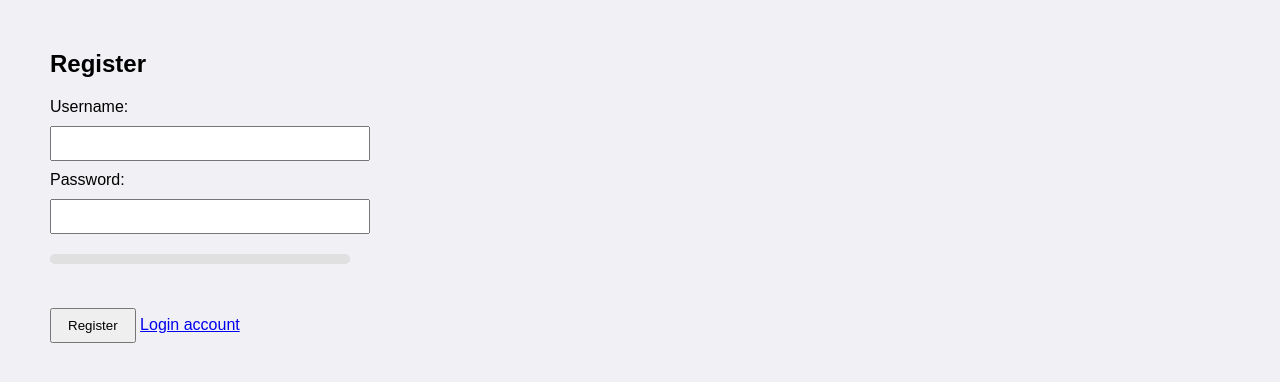
Repository: wolvicjohn/argon2
Page: http://localhost/register.php
An editor plug-in stored every save of this project. The page is shown before and after the next save, followed by the edit.
The browser window is 1280 px wide. The pictures show the whole page.
The page is run by PHP 8.4 with error messages shown; the project is at /var/www/html/.

Above is the page before, as saved 2024-10-18 02:03:26.

### register.php
<?php
// Database connection
$host = 'localhost';
$db = 'argon2_auth';
$user = 'root';  // or your DB username
$pass = '';      // or your DB password

$dsn = "mysql:host=$host;dbname=$db;charset=utf8mb4";
$options = [
    PDO::ATTR_ERRMODE => PDO::ERRMODE_EXCEPTION,
    PDO::ATTR_DEFAULT_FETCH_MODE => PDO::FETCH_ASSOC,
];

try {
    $pdo = new PDO($dsn, $user, $pass, $options);
} catch (PDOException $e) {
    die("Database connection failed: " . $e->getMessage());
}

if ($_SERVER['REQUEST_METHOD'] === 'POST') {
    $username = $_POST['username'];
    $password = $_POST['password'];

    // Check if the username is already taken
    $stmt = $pdo->prepare('SELECT id FROM users WHERE username = ?');
    $stmt->execute([$username]);
    if ($stmt->fetch()) {
        die('Username is already taken');
    }

    // Hash the password using Argon2
    $passwordHash = password_hash($password, PASSWORD_ARGON2ID);

    // Insert the new user into the database
    $stmt = $pdo->prepare('INSERT INTO users (username, password_hash) VALUES (?, ?)');
    $stmt->execute([$username, $passwordHash]);

    echo "User registered successfully!";
}
?>

<!DOCTYPE html>
<html lang="en">

<head>
    <meta charset="UTF-8">
    <title>Register</title>
    <style>
        /* Basic styling */
        body {
            font-family: Arial, sans-serif;
            margin: 50px;
            background-color: #f0f0f5;
        }

        input {
            margin: 10px 0;
            padding: 8px;
            width: 300px;
        }

        button {
            padding: 8px 16px;
            margin-top: 10px;
            cursor: pointer;
        }

        .password-strength {
            margin-top: 10px;
            height: 10px;
            width: 300px;
            background-color: #e0e0e0;
            border-radius: 5px;
            overflow: hidden;
        }

        .strength-bar {
            height: 100%;
            width: 0;
            transition: width 0.3s;
        }

        .strength-weak {
            background-color: red;
        }

        .strength-medium {
            background-color: orange;
        }

        .strength-strong {
            background-color: green;
        }
    </style>
</head>

<body>
    <h2>Register</h2>
    <form action="register.php" method="POST">
        <label for="username">Username:</label><br>
        <input type="text" name="username" id="username" required><br>

        <label for="password">Password:</label><br>
        <input type="password" name="password" id="password" required><br>

        <!-- Password Strength Meter -->
        <div class="password-strength">
            <div class="strength-bar" id="strength-bar"></div>
        </div>
        <p id="strength-text"></p><br>

        <button type="submit">Register</button>
        <a href="login.php" class="button">Login account</a>
    </form>

    <script>
        const passwordInput = document.getElementById('password');
        const strengthBar = document.getElementById('strength-bar');
        const strengthText = document.getElementById('strength-text');

        passwordInput.addEventListener('input', () => {
            console.log(passwordInput.value); // Debugging: Check input capture
            const strength = calculateStrength(passwordInput.value);
            updateStrengthMeter(strength);
        });

        function calculateStrength(password) {
            let strength = 0;

            // Criteria for password strength
            if (password.length >= 8) strength++;
            if (/[A-Z]/.test(password)) strength++;
            if (/[a-z]/.test(password)) strength++;
            if (/[0-9]/.test(password)) strength++;
            if (/[^A-Za-z0-9]/.test(password)) strength++;

            return strength;
        }

        function updateStrengthMeter(strength) {
            strengthBar.className = '';  // Reset bar style

            if (strength <= 1) {
                strengthBar.style.width = '20%';
                strengthBar.classList.add('strength-weak');
                strengthText.textContent = 'Weak';
            } else if (strength <= 3) {
                strengthBar.style.width = '60%';
                strengthBar.classList.add('strength-medium');
                strengthText.textContent = 'Medium';
            } else {
                strengthBar.style.width = '100%';
                strengthBar.classList.add('strength-strong');
                strengthText.textContent = 'Strong';
            }
        }
    </script>
</body>

</html>

After the next save:
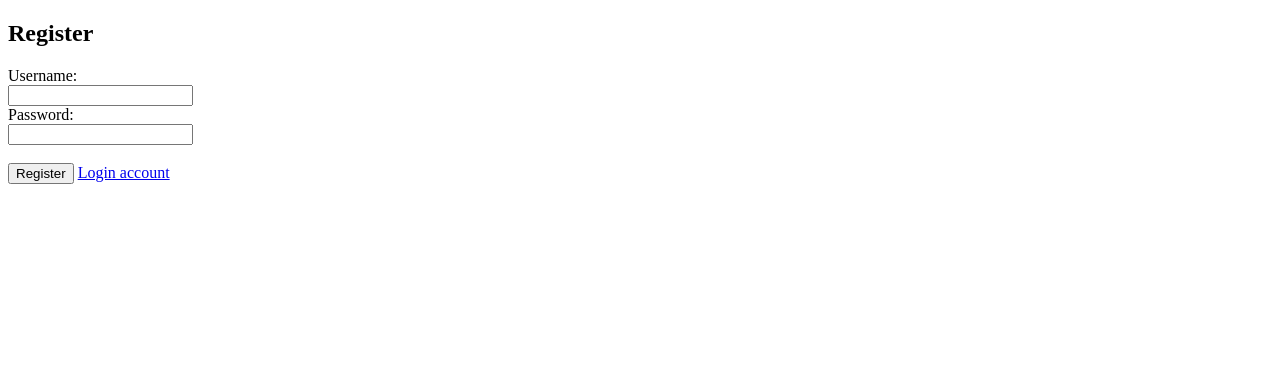
Saved 9 s later.
--- a/register.php
+++ b/register.php
@@ -45,53 +45,6 @@
 <head>
     <meta charset="UTF-8">
     <title>Register</title>
-    <style>
-        /* Basic styling */
-        body {
-            font-family: Arial, sans-serif;
-            margin: 50px;
-            background-color: #f0f0f5;
-        }
-
-        input {
-            margin: 10px 0;
-            padding: 8px;
-            width: 300px;
-        }
-
-        button {
-            padding: 8px 16px;
-            margin-top: 10px;
-            cursor: pointer;
-        }
-
-        .password-strength {
-            margin-top: 10px;
-            height: 10px;
-            width: 300px;
-            background-color: #e0e0e0;
-            border-radius: 5px;
-            overflow: hidden;
-        }
-
-        .strength-bar {
-            height: 100%;
-            width: 0;
-            transition: width 0.3s;
-        }
-
-        .strength-weak {
-            background-color: red;
-        }
-
-        .strength-medium {
-            background-color: orange;
-        }
-
-        .strength-strong {
-            background-color: green;
-        }
-    </style>
 </head>
 
 <body>
@@ -99,62 +52,11 @@
     <form action="register.php" method="POST">
         <label for="username">Username:</label><br>
         <input type="text" name="username" id="username" required><br>
-
         <label for="password">Password:</label><br>
-        <input type="password" name="password" id="password" required><br>
-
-        <!-- Password Strength Meter -->
-        <div class="password-strength">
-            <div class="strength-bar" id="strength-bar"></div>
-        </div>
-        <p id="strength-text"></p><br>
-
+        <input type="password" name="password" id="password" required><br><br>
         <button type="submit">Register</button>
         <a href="login.php" class="button">Login account</a>
     </form>
-
-    <script>
-        const passwordInput = document.getElementById('password');
-        const strengthBar = document.getElementById('strength-bar');
-        const strengthText = document.getElementById('strength-text');
-
-        passwordInput.addEventListener('input', () => {
-            console.log(passwordInput.value); // Debugging: Check input capture
-            const strength = calculateStrength(passwordInput.value);
-            updateStrengthMeter(strength);
-        });
-
-        function calculateStrength(password) {
-            let strength = 0;
-
-            // Criteria for password strength
-            if (password.length >= 8) strength++;
-            if (/[A-Z]/.test(password)) strength++;
-            if (/[a-z]/.test(password)) strength++;
-            if (/[0-9]/.test(password)) strength++;
-            if (/[^A-Za-z0-9]/.test(password)) strength++;
-
-            return strength;
-        }
-
-        function updateStrengthMeter(strength) {
-            strengthBar.className = '';  // Reset bar style
-
-            if (strength <= 1) {
-                strengthBar.style.width = '20%';
-                strengthBar.classList.add('strength-weak');
-                strengthText.textContent = 'Weak';
-            } else if (strength <= 3) {
-                strengthBar.style.width = '60%';
-                strengthBar.classList.add('strength-medium');
-                strengthText.textContent = 'Medium';
-            } else {
-                strengthBar.style.width = '100%';
-                strengthBar.classList.add('strength-strong');
-                strengthText.textContent = 'Strong';
-            }
-        }
-    </script>
 </body>
 
 </html>

After the save that followed:
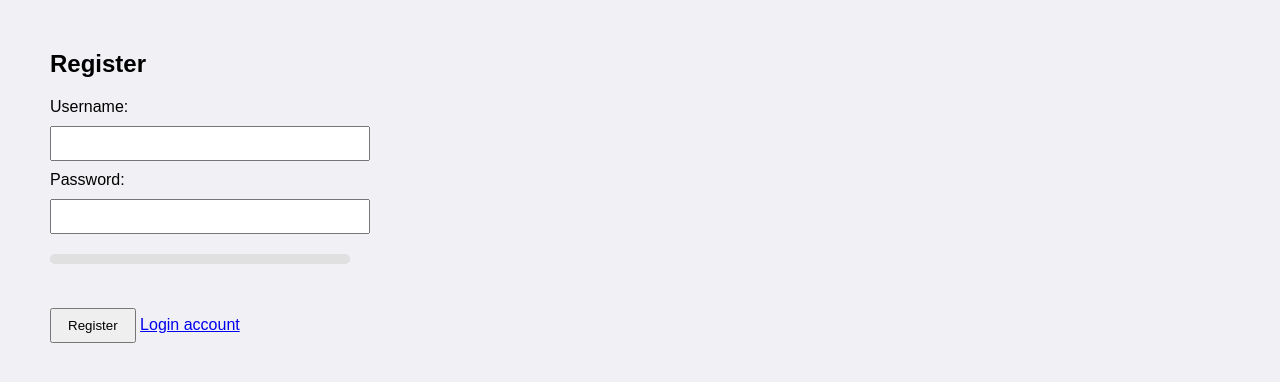
Saved 4 s later.
--- a/register.php
+++ b/register.php
@@ -45,6 +45,53 @@
 <head>
     <meta charset="UTF-8">
     <title>Register</title>
+    <style>
+        /* Basic styling */
+        body {
+            font-family: Arial, sans-serif;
+            margin: 50px;
+            background-color: #f0f0f5;
+        }
+
+        input {
+            margin: 10px 0;
+            padding: 8px;
+            width: 300px;
+        }
+
+        button {
+            padding: 8px 16px;
+            margin-top: 10px;
+            cursor: pointer;
+        }
+
+        .password-strength {
+            margin-top: 10px;
+            height: 10px;
+            width: 300px;
+            background-color: #e0e0e0;
+            border-radius: 5px;
+            overflow: hidden;
+        }
+
+        .strength-bar {
+            height: 100%;
+            width: 0;
+            transition: width 0.3s;
+        }
+
+        .strength-weak {
+            background-color: red;
+        }
+
+        .strength-medium {
+            background-color: orange;
+        }
+
+        .strength-strong {
+            background-color: green;
+        }
+    </style>
 </head>
 
 <body>
@@ -52,11 +99,62 @@
     <form action="register.php" method="POST">
         <label for="username">Username:</label><br>
         <input type="text" name="username" id="username" required><br>
+
         <label for="password">Password:</label><br>
-        <input type="password" name="password" id="password" required><br><br>
+        <input type="password" name="password" id="password" required><br>
+
+        <!-- Password Strength Meter -->
+        <div class="password-strength">
+            <div class="strength-bar" id="strength-bar"></div>
+        </div>
+        <p id="strength-text"></p><br>
+
         <button type="submit">Register</button>
         <a href="login.php" class="button">Login account</a>
     </form>
+
+    <script>
+        const passwordInput = document.getElementById('password');
+        const strengthBar = document.getElementById('strength-bar');
+        const strengthText = document.getElementById('strength-text');
+
+        passwordInput.addEventListener('input', () => {
+            console.log(passwordInput.value); // Debugging: Check input capture
+            const strength = calculateStrength(passwordInput.value);
+            updateStrengthMeter(strength);
+        });
+
+        function calculateStrength(password) {
+            let strength = 0;
+
+            // Criteria for password strength
+            if (password.length >= 8) strength++;
+            if (/[A-Z]/.test(password)) strength++;
+            if (/[a-z]/.test(password)) strength++;
+            if (/[0-9]/.test(password)) strength++;
+            if (/[^A-Za-z0-9]/.test(password)) strength++;
+
+            return strength;
+        }
+
+        function updateStrengthMeter(strength) {
+            strengthBar.className = '';  // Reset bar style
+
+            if (strength <= 1) {
+                strengthBar.style.width = '20%';
+                strengthBar.classList.add('strength-weak');
+                strengthText.textContent = 'Weak';
+            } else if (strength <= 3) {
+                strengthBar.style.width = '60%';
+                strengthBar.classList.add('strength-medium');
+                strengthText.textContent = 'Medium';
+            } else {
+                strengthBar.style.width = '100%';
+                strengthBar.classList.add('strength-strong');
+                strengthText.textContent = 'Strong';
+            }
+        }
+    </script>
 </body>
 
 </html>
